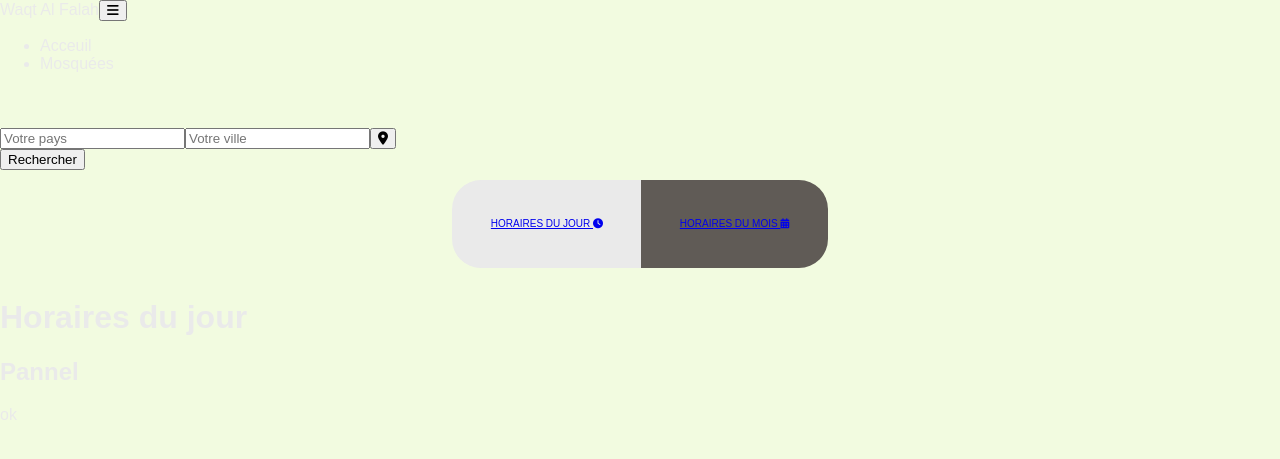
Repository: Lhourquin/Repo-Developpement-React-Prayer-Times
Page: /
An editor plug-in stored every save of this project. The page is shown before and after the next save, followed by the edit.
The browser window is 1280 px wide. The pictures show the whole page.
The page's requests for data from a server got no answer. Some web libraries are served in a nearby version. The project was rebuilt for these pictures with package versions that can differ from the ones it lists, and the page was loaded fresh each time. No one was signed in, and anything a server would have sent is missing. Also part of the build but not shown: src/components/navbar/NavBar.css, src/components/search-bar/searchbar.css, src/components/calendar-list/row-list.css, src/components/calendar-list/row-list.component.jsx, src/components/Calendar.js, src/components/day-list/horaireslist.css, src/components/time-table-pannel/pannel.css, src/components/DateNow.js.

Above is the page before, as saved 2022-01-30 17:21:07.

### public/index.html
<!doctype html>
<html lang="en">
  <head>
    <meta charset="utf-8">
    <meta name="viewport" content="width=device-width, initial-scale=1">
    <!--
      Notice the use of %PUBLIC_URL% in the tag above.
      It will be replaced with the URL of the `public` folder during the build.
      Only files inside the `public` folder can be referenced from the HTML.

      Unlike "/favicon.ico" or "favicon.ico", "%PUBLIC_URL%/favicon.ico" will
      work correctly both with client-side routing and a non-root public URL.
      Learn how to configure a non-root public URL by running `npm run build`.

    -->
    <script src="https://kit.fontawesome.com/565d41f5d4.js" crossorigin="anonymous"></script>
    <title>React App</title>
  </head>
  <body>
    <div id="root"></div>
    <!--
      This HTML file is a template.
      If you open it directly in the browser, you will see an empty page.

      You can add webfonts, meta tags, or analytics to this file.
      The build step will place the bundled scripts into the <body> tag.

      To begin the development, run `npm start`.
      To create a production bundle, use `npm run build`.
    -->
  </body>
</html>

### src/index.js
import React from 'react';
import ReactDOM from 'react-dom';
import App from './App';
import { BrowserRouter } from 'react-router-dom';
import './index.css';


ReactDOM.render(
  <BrowserRouter>
    <App />
  </BrowserRouter>,
  document.getElementById('root')
);

### src/App.js
import React, { Component } from "react";
import { NavBar } from "./components/navbar/NavBar";
import { SearchBar } from "./components/search-bar/SearchBar";
import NavBarTodayAndMounth from "./components/navbar-today-mounth/NavBarTodayAndMounth";
import Calendar from "./components/Calendar";
import Day from "./components/Day";
import { Routes, Route} from "react-router-dom";

//import { HorairesList } from "./components/day-list/horaires.list";
import "./App.css";

class App extends Component {
  render() {
    return (
      <>
      <header>
        <NavBar/>
          <SearchBar/>
          <NavBarTodayAndMounth />
      </header>


          <Routes>
            <Route path="/" element={<Day/>} />
            <Route path="/calendar" element={<Calendar/>}/>
          </Routes>
      </>
    );
  }
}

export default App;

### src/components/navbar/NavBar.js
import React, { useState } from "react";
import "./NavBar.css";

export const NavBar = () => {
  const [buttonBurgerIsClicked, setButtonBurgerIsClicked] = useState(false);

  const handleNavButtonBurgerClick = () => {
    setButtonBurgerIsClicked((isFalse) => !isFalse);
  };

  return (
    <nav className="NavBar__nav" style={(buttonBurgerIsClicked ? {}: {height : 128})}>
        <span className="NavBar__nav__span--site-name">Waqt Al Falah</span>
        <button
          className="NavBar__nav__button--button-burger"
          onClick={handleNavButtonBurgerClick}
        >
          <i className="fas fa-bars web-font NavBar__nav__button__i--button-burger"></i>
        </button>

      <ul
        className={
          "NavBar__nav__ul " +
          (buttonBurgerIsClicked ? "closeNavigation" : "openNavigation ")
        }
      >
        <li className="NavBar__nav__ul__li--home">Acceuil</li>
        <li className="NavBar__nav__ul__li--masjid">Mosquées</li>
      </ul>
    </nav>
  );
};

### src/components/search-bar/SearchBar.js
import React, {useState} from "react";
import "./searchbar.css";

export const SearchBar = ({ handleChange }) => {

  const [toggleInput, setToggleInput] = useState(false);

  return (
    <form className="SearchBar__form">
      {/*
      <div className="SearchBar__form__div--container-parametter-degree">
        <button className="SearchBar__form__div--container__button"><i className="fas fa-ruler-combined"></i></button>
      </div>
      */}
      <div className="SearchBar__form__div--container-inputCountry-inputCity-localisationButton">
        <input
          className="country"
          type="search"
          placeholder="Votre pays"
        />
        <input
          className="city"
          type="search"
          placeholder="Votre ville"
          onChange={handleChange}
        />
        <button className="SearchBar__form__div--container__button"><i className="fas fa-map-marker-alt"></i></button>
      </div>

      <button className="SearchBar__form__button--search">Rechercher</button>
    </form>
  );
};

### src/components/navbar-today-mounth/NavBarTodayAndMounth.js
import React from "react";
import { Link } from "react-router-dom";
import "./navbar-today-and-mounth.css";
const NavBarTodayAndMounth = () => {
  return (
    <nav className="NavBarTodayAndMounth__nav">
      <ul className="NavBarTodayAndMounth__nav__ul">
        <li className="NavBarTodayAndMounth__nav__ul__li--today raise">
          <Link to="/" className="NavBarTodayAndMounth__nav__ul__li__Link">
            HORAIRES DU JOUR                  <i className="fa-solid fa-clock"></i>{" "}

          </Link>
        </li>
        <li className="NavBarTodayAndMounth__nav__ul__li--month raise">
          <Link
            to="/calendar"
            className="NavBarTodayAndMounth__nav__ul__li__Link"
          >
            HORAIRES DU MOIS          <i className="fa-solid fa-calendar-days"></i>

          </Link>
        </li>
      </ul>
    </nav>
  );
};

export default NavBarTodayAndMounth;

### src/components/Day.js
import React, { Component } from "react";
import { HorairesList } from "./day-list/horaireslist.component";
import { Pannel } from "./time-table-pannel/pannel.component";
import CountDown from "./CountDown";


class Day extends Component {
  constructor() {
    super();
    this.state = {
      today: [],
      searchField: "Paris",
    };
  }

  componentDidMount() {
    fetch(
      `https://api.aladhan.com/v1/timingsByCity?country=France&method=2&city=${this.state.searchField}`
    )
      .then((Response) => Response.json())
      .then((result) => this.setState({ today: [result] }));
  }

  render() {
    return (
      <div>
        <h1>Horaires du jour</h1>

        <HorairesList today={this.state.today} />
        <h2>Pannel</h2>
        <Pannel today={this.state.today} searchField={this.state.searchField} />
        <CountDown/>

      </div>
    );
  }
}

export default Day;

### src/App.css
@import url('https://fonts.googleapis.com/css2?family=Nunito:wght@200&display=swap');
body{
  background : #F2FBE0;
  background-attachment: fixed;
  color : #EAEAEA;
  font-family: 'Nunito', sans-serif;
  margin : 0;
}

### src/components/navbar-today-mounth/navbar-today-and-mounth.css
.NavBarTodayAndMounth__nav {
  display: -webkit-box;
  display: -ms-flexbox;
  display: flex;
  -webkit-box-pack: center;
      -ms-flex-pack: center;
          justify-content: center;
}

.NavBarTodayAndMounth__nav .NavBarTodayAndMounth__nav__ul {
  list-style: none;
  display: -webkit-box;
  display: -ms-flexbox;
  display: flex;
  -webkit-box-pack: center;
      -ms-flex-pack: center;
          justify-content: center;
  padding: 0%;
  font-size: 10px;
  width: 100%;
  text-align: center;
}

.NavBarTodayAndMounth__nav .NavBarTodayAndMounth__nav__ul .NavBarTodayAndMounth__nav__ul__li__Link-today {
  -webkit-text-decoration-line: none;
          text-decoration-line: none;
  color: #605b56;
}

.NavBarTodayAndMounth__nav .NavBarTodayAndMounth__nav__ul .NavBarTodayAndMounth__nav__ul__li__Link-mounth {
  -webkit-text-decoration-line: none;
          text-decoration-line: none;
  color: #eaeaea;
}

.NavBarTodayAndMounth__nav .NavBarTodayAndMounth__nav__ul .NavBarTodayAndMounth__nav__ul__li--today {
  border-top: 0;
  border-bottom: 0;
  border-left: 0;
  border-right: 0;
  border-style: solid;
  border-radius: 29px 0 0 29px;
  padding: 3%;
  background-color: #eaeaea;
}

.NavBarTodayAndMounth__nav .NavBarTodayAndMounth__nav__ul .NavBarTodayAndMounth__nav__ul__li--month {
  border-top: 0;
  border-bottom: 0;
  border-left: 0;
  border-right: 0;
  border-style: solid;
  border-radius: 0 29px 29px 0;
  padding: 3%;
  background-color: #605b56;
}
/*# sourceMappingURL=navbar-today-and-mounth.css.map */

### src/components/day-list/horaireslist.component.jsx
import React from "react";
import "./horaireslist.css";
export const HorairesList = (props) => {
  //console.log(props.map(x=> x.data.data.timings.Fajr))
  return (
    <div>
      {props.today.map((obj, index) => (
        <div key={index}>
          <p>{obj.data.date.gregorian.date}</p>
          <p>{obj.data.timings.Fajr}</p>
          <p>{obj.data.timings.Sunrise}</p>
          <p>{obj.data.timings.Dhuhr}</p>
          <p>{obj.data.timings.Asr}</p>
          <p>{obj.data.timings.Maghrib}</p>
          <p>{obj.data.timings.Isha}</p>
        </div>
      ))}
    </div>
  );
};

### src/components/time-table-pannel/pannel.component.jsx
import React from "react";
import "./pannel.css";
import DateNow from "../DateNow";
export const Pannel = (props) => {

  return (
    <div>
      {props.today.map((obj, index) => (
        <div className="pannel" key={index}>
          <h2>{props.searchField}</h2>
          <DateNow/>
          <p>{obj.data.date.gregorian.date}</p>
          <p>{obj.data.timings.Fajr}</p>
          <p>{obj.data.timings.Sunrise}</p>
          <p>{obj.data.timings.Dhuhr}</p>
          <p>{obj.data.timings.Asr}</p>
          <p>{obj.data.timings.Maghrib}</p>
          <p>{obj.data.timings.Isha}</p>
        </div>
      ))}
    </div>
  );
};

### src/components/CountDown.js
import moment from "moment";
import React, { Component } from "react";

class CountDown extends Component {
  constructor() {
    super();
    this.state = {
      fajr: moment([7, 0], "HH:mm"),
    };
  }

  render() {
    return (
    <div>ok{console.log(this.state.fajr)}</div>
    )
  }

  /* let eventTime= 1366549200; // Timestamp - Sun, 21 Apr 2013 13:00:00 GMT
let currentTime = 1366547400; // Timestamp - Sun, 21 Apr 2013 12:30:00 GMT
let diffTime = eventTime - currentTime;
let duration = moment.duration(diffTime*1000, 'milliseconds');
let interval = 1000;

setInterval(function(){
  duration = moment.duration(duration - interval, 'milliseconds');
    $('.countdown').text(duration.hours() + ":" + duration.minutes() + ":" + duration.seconds())
}, interval);*/
}

export default CountDown;

Loaded but not shown: src/index.css (common file)

After the next save:
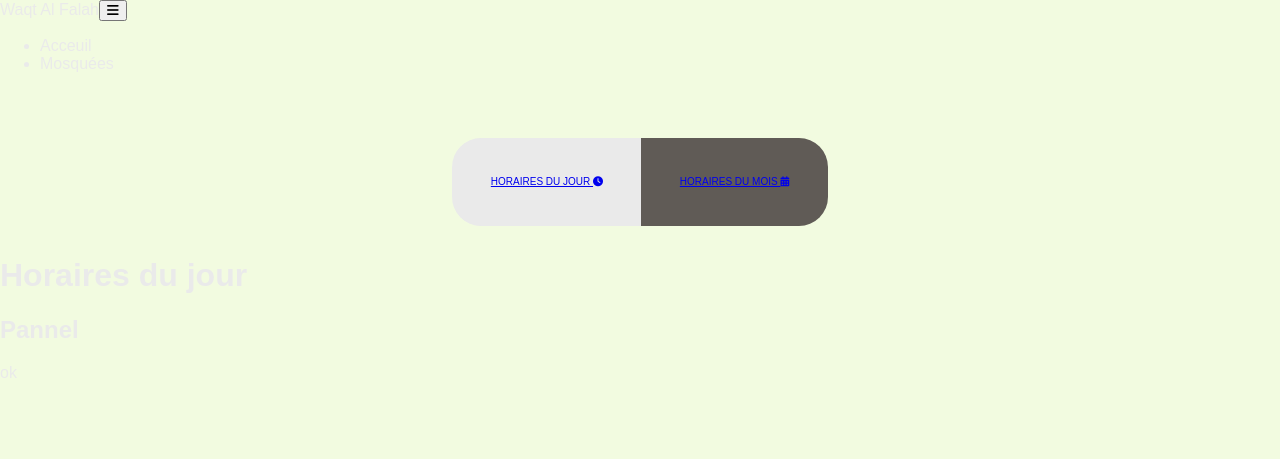
Saved 48 s later.
--- a/src/components/search-bar/SearchBar.js
+++ b/src/components/search-bar/SearchBar.js
@@ -4,6 +4,7 @@ import "./searchbar.css";
 export const SearchBar = ({ handleChange }) => {
 
   const [toggleInput, setToggleInput] = useState(false);
+
 
   return (
     <form className="SearchBar__form">
@@ -12,22 +13,6 @@ export const SearchBar = ({ handleChange }) => {
         <button className="SearchBar__form__div--container__button"><i className="fas fa-ruler-combined"></i></button>
       </div>
       */}
-      <div className="SearchBar__form__div--container-inputCountry-inputCity-localisationButton">
-        <input
-          className="country"
-          type="search"
-          placeholder="Votre pays"
-        />
-        <input
-          className="city"
-          type="search"
-          placeholder="Votre ville"
-          onChange={handleChange}
-        />
-        <button className="SearchBar__form__div--container__button"><i className="fas fa-map-marker-alt"></i></button>
-      </div>
-
-      <button className="SearchBar__form__button--search">Rechercher</button>
-    </form>
+      </form>
   );
 };
